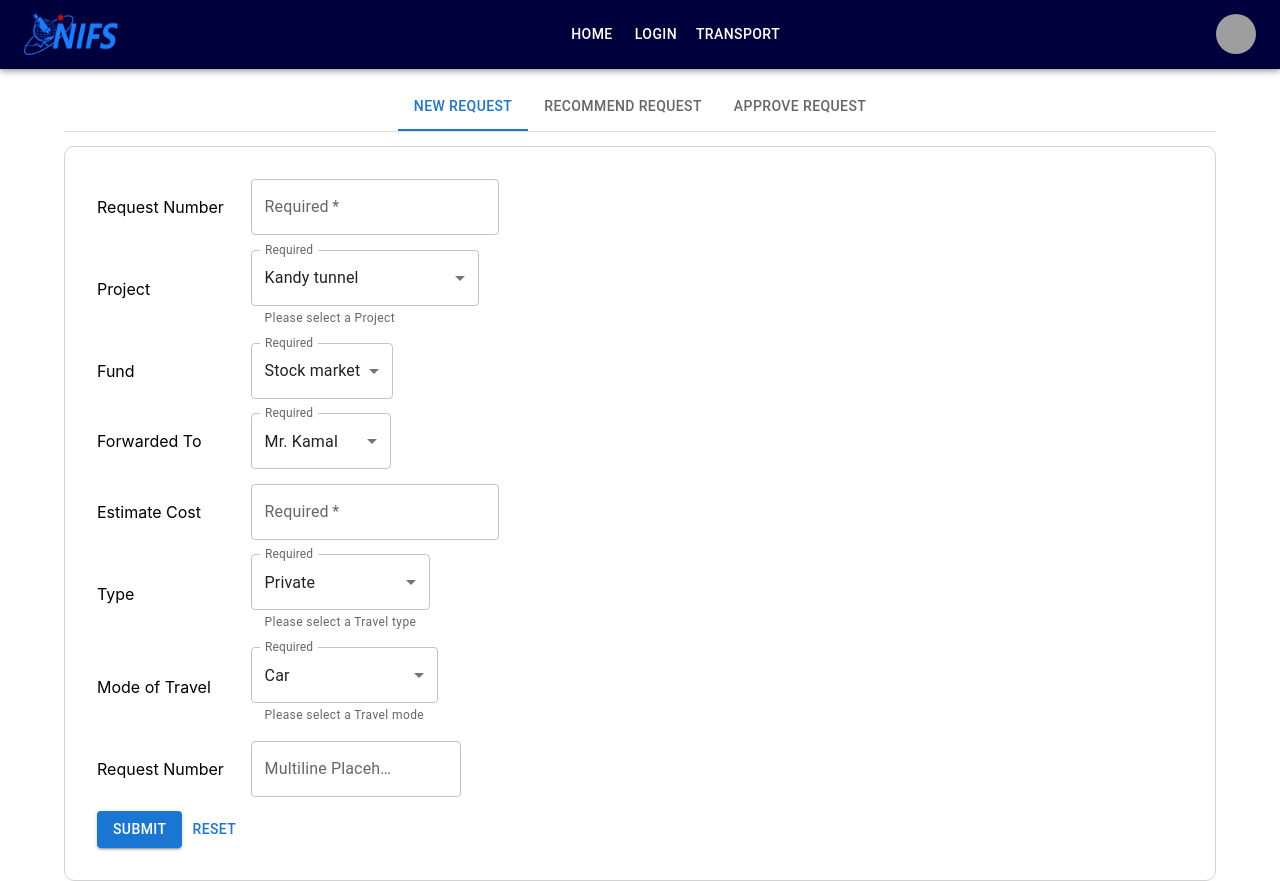
Repository: Ravindu97/NIFS_WebApplication
Page: /transport (app in client/)
The author's editor kept a copy of each file at every save. The page is drawn from the files as they stood at one save, then again after the next save.
The browser window is 1280 px wide. The pictures show the whole page.
Pictures or frames that could not be fetched are drawn as grey boxes. The project was rebuilt for these pictures with package versions that can differ from the ones it lists, and the page was loaded fresh each time. Also part of the build but not shown: client/src/pages/Home.js, client/src/pages/Login.js, client/src/components/Transport/RecommendedRequest.js, client/src/components/Transport/ApproveRequest.js.

Above is the page before, as saved 2022-07-01 00:15:55.

### client/src/index.css
body {
  margin: 0;
  font-family: -apple-system, BlinkMacSystemFont, 'Segoe UI', 'Roboto', 'Oxygen',
    'Ubuntu', 'Cantarell', 'Fira Sans', 'Droid Sans', 'Helvetica Neue',
    sans-serif;
  -webkit-font-smoothing: antialiased;
  -moz-osx-font-smoothing: grayscale;
}

:root{
  --main-navbar-back: #00003c;

}


.nav-logo{
  width: 100px;
  height: auto;
}

/* main navbar */
.main-navbar{
  background-color: var(--main-navbar-back) !important;
}

/* secondary navbar */
.secondary-navbar{
  margin-top: 2vh !important;
  margin: auto;
}

/* body content */
.body-content{
  margin: auto;
  width: 90%;
  margin-top: 2vh;
}

/* form area */

.form-area{
  border: 1px solid #d2d2d2;
  border-radius: 10px;
  padding: 2rem;
}

/* input fields */
.input-fields{
  display: flex;
  align-items: center;
  margin-bottom: 2vh;
}

.input-fields label{
  margin-right: 2vw;
  width: 10vw;
}

### client/src/App.js
import * as React from 'react';
import { BrowserRouter as Router, Route, Routes } from 'react-router-dom';
import Navbar from './components/shared/Navbar';
import Home from './pages/Home';
import Login from './pages/Login';
import TransportMainPage from './pages/TransportMainPage';

function App() {
	return (
		<div>
			<Router>
				<Navbar />
				<Routes>
					<Route exact path="/" element={<Home />} />
					<Route exact path="/login" element={<Login />} />
					<Route exact path="/transport/*" element={<TransportMainPage />} />
				</Routes>
			</Router>
		</div>
	);
}

export default App;

### client/src/components/shared/Navbar.js
import * as React from 'react';
import AppBar from '@mui/material/AppBar';
import Box from '@mui/material/Box';
import Toolbar from '@mui/material/Toolbar';
import IconButton from '@mui/material/IconButton';
import Typography from '@mui/material/Typography';
import Menu from '@mui/material/Menu';
import MenuIcon from '@mui/icons-material/Menu';
import Container from '@mui/material/Container';
import Avatar from '@mui/material/Avatar';
import Button from '@mui/material/Button';
import Tooltip from '@mui/material/Tooltip';
import MenuItem from '@mui/material/MenuItem';
import { Link } from 'react-router-dom';
import Logo from '../../images/nifs_logo.png';

const Navbar = () => {
	const pages = [
		{
			id: 0,
			title: 'Home',
			link: '/',
		},
		{
			id: 1,
			title: 'Login',
			link: '/login',
		},
		{
			id: 2,
			title: 'Transport',
			link: '/transport',
		},
	];

	const settings = [
		{
			id: 0,
			title: 'Home',
			link: '/',
		},
		{
			id: 1,
			title: 'Login',
			link: '/login',
		},
		{
			id: 2,
			title: 'Transport',
			link: '/transport',
		},
	];

	const [anchorElNav, setAnchorElNav] = React.useState(null);
	const [anchorElUser, setAnchorElUser] = React.useState(null);

	const handleOpenNavMenu = (event) => {
		setAnchorElNav(event.currentTarget);
	};
	const handleOpenUserMenu = (event) => {
		setAnchorElUser(event.currentTarget);
	};

	const handleCloseNavMenu = () => {
		setAnchorElNav(null);
	};

	const handleCloseUserMenu = () => {
		setAnchorElUser(null);
	};

	return (
		<AppBar position="static" className="main-navbar">
			<Container maxWidth="xl">
				<Toolbar disableGutters>
					{/*Responsive view start here  */}
					<Box sx={{ display: { xs: 'none', md: 'flex' }, mr: 1 }}>
						<img src={Logo} alt="logo" className="nav-logo" />
					</Box>

					<Box sx={{ flexGrow: 1, display: { xs: 'flex', md: 'none' } }}>
						<IconButton
							size="large"
							aria-label="account of current user"
							aria-controls="menu-appbar"
							aria-haspopup="true"
							onClick={handleOpenNavMenu}
							color="inherit"
						>
							<MenuIcon />
						</IconButton>
						<Menu
							id="menu-appbar"
							anchorEl={anchorElNav}
							anchorOrigin={{
								vertical: 'bottom',
								horizontal: 'left',
							}}
							keepMounted
							transformOrigin={{
								vertical: 'top',
								horizontal: 'left',
							}}
							open={Boolean(anchorElNav)}
							onClose={handleCloseNavMenu}
							sx={{
								display: { xs: 'block', md: 'none' },
							}}
						>
							{pages &&
								pages.map((page) => (
									<MenuItem key={page.id} onClick={handleCloseNavMenu}>
										<Link to={page.link} style={{ textDecoration: 'none' }}>
											<Typography textAlign="center">{page.title}</Typography>
										</Link>
									</MenuItem>
								))}
						</Menu>
					</Box>
					{/* Responsive view ends here */}

					{/* Full width starts here */}
					<Box
						sx={{
							mr: 2,
							display: { xs: 'flex', md: 'none' },
							flexGrow: 1,
						}}
					>
						<img src={Logo} alt="logo" className="nav-logo" />
					</Box>

					<Box
						sx={{ flexGrow: 1, display: { xs: 'none', md: 'flex' } }}
						style={{ justifyContent: 'center' }}
					>
						{pages &&
							pages.map((page) => (
								<Link to={page.link} style={{ textDecoration: 'none' }}>
									<Button
										key={page.id}
										onClick={handleCloseNavMenu}
										sx={{ my: 2, color: 'white', display: 'block' }}
									>
										{page.title}
									</Button>
								</Link>
							))}
					</Box>

					{/* end of the navbar */}
					<Box sx={{ flexGrow: 0 }}>
						<Tooltip title="Open settings">
							<IconButton onClick={handleOpenUserMenu} sx={{ p: 0 }}>
								<Avatar
									alt="Remy Sharp"
									src="https://images.unsplash.com/photo-1566753323558-f4e0952af115?ixlib=rb-1.2.1&ixid=MnwxMjA3fDB8MHxzZWFyY2h8MXx8bWFsZXxlbnwwfHwwfHw%3D&w=1000&q=80"
								/>
							</IconButton>
						</Tooltip>
						<Menu
							sx={{ mt: '45px' }}
							id="menu-appbar"
							anchorEl={anchorElUser}
							anchorOrigin={{
								vertical: 'top',
								horizontal: 'right',
							}}
							keepMounted
							transformOrigin={{
								vertical: 'top',
								horizontal: 'right',
							}}
							open={Boolean(anchorElUser)}
							onClose={handleCloseUserMenu}
						>
							{settings.map((setting) => (
								<MenuItem key={setting.id} onClick={handleCloseUserMenu}>
									<Typography textAlign="center">{setting.title}</Typography>
								</MenuItem>
							))}
						</Menu>
					</Box>
				</Toolbar>
			</Container>
		</AppBar>
	);
};
export default Navbar;

### client/src/pages/TransportMainPage.js
import React from 'react';

import TransportNavbar from '../components/Transport/shared/TransportNavbar';
import { Route, Routes } from 'react-router-dom';
import NewRequest from '../components/Transport/NewRequest';
import RecommendedRequest from '../components/Transport/RecommendedRequest';
import ApproveRequest from '../components/Transport/ApproveRequest';

// transport main page where all other section of transport department can be access from here
function TransportMainPage() {
	return (
		<div>
			<TransportNavbar />
			<div className="body-content">
				<Routes>
					<Route exact path="/" element={<NewRequest />} />
					<Route exact path="/recommend" element={<RecommendedRequest />} />
					<Route exact path="/approve" element={<ApproveRequest />} />
				</Routes>
			</div>
		</div>
	);
}

export default TransportMainPage;

### client/src/components/Transport/shared/TransportNavbar.js
import * as React from 'react';
import Tabs from '@mui/material/Tabs';
import Tab from '@mui/material/Tab';
import Box from '@mui/material/Box';
import { Link, useLocation } from 'react-router-dom';

export default function TransportNavbar() {
	const location = useLocation();

	const pages = [
		{
			id: 0,
			title: 'New Request',
			link: '/transport',
		},
		{
			id: 1,
			title: 'Recommend Request',
			link: '/transport/recommend',
		},
		{
			id: 2,
			title: 'Approve Request',
			link: '/transport/approve',
		},
	];

	return (
		<Box sx={{ width: '90%' }} className="secondary-navbar">
			<Box sx={{ borderBottom: 1, borderColor: 'divider' }}>
				<Tabs value={location.pathname} centered>
					{pages &&
						pages.map((page) => (
							<Tab
								key={page.id}
								label={page.title}
								value={page.link}
								component={Link}
								to={page.link}
							/>
						))}
				</Tabs>
			</Box>
		</Box>
	);
}

### client/src/components/Transport/NewRequest.js
import { Button, TextField } from '@mui/material';
import React, { useState } from 'react';
import { useForm } from 'react-hook-form';

// import datepicker
import DateFnsUtils from '@date-io/date-fns';
import {
	DatePicker,
	TimePicker,
	DateTimePicker,
	MuiPickersUtilsProvider,
} from '@material-ui/pickers';
// sample data files start here
import Projects from './shared/sampleData/Project.json';
import Funds from './shared/sampleData/Fund.json';
import ForwardedTo from './shared/sampleData/ForwardedTo.json';
// sample data files ends here

function NewRequest() {
	// date set to be stored
	const { register, handleSubmit, reset } = useForm();
	const [selectedDate, handleDateChange] = useState(new Date());
	const [project, setProjects] = useState(Projects);
	const [fund, setFunds] = useState(Funds);
	const [forwardedTo, setForwardedTos] = useState(ForwardedTo);

	const submitDetails = (data) => {
		console.log(data);
	};

	return (
		<div className="form-area">
			<form onSubmit={handleSubmit(submitDetails)}>
				{/* Request number */}
				<div className="input-fields">
					<label>Request Number</label>
					<TextField
						required
						type="text"
						name="reqNo"
						id="outlined-basic"
						label="Required"
						variant="outlined"
						{...register('reqNo', { required: true })}
					/>
				</div>

				{/* Select project */}
				<div className="input-fields">
					<label>Project</label>
					<TextField
						id="outlined-select-project-native"
						select
						label="Required"
						name="project"
						{...register('project', { required: true })}
						SelectProps={{
							native: true,
						}}
						helperText="Please select a Project"
					>
						{project.map((option) => (
							<option key={option.id} value={option.value}>
								{option.value}
							</option>
						))}
					</TextField>
				</div>

				{/* Select Fund */}

				<div className="input-fields">
					<label>Fund</label>
					<TextField
						id="outlined-select-fund-native"
						select
						label="Required"
						name="fund"
						{...register('fund', { required: true })}
						SelectProps={{
							native: true,
						}}
					>
						{fund.map((option) => (
							<option key={option.id} value={option.value}>
								{option.value}
							</option>
						))}
					</TextField>
				</div>

				{/* Select Forward */}

				<div className="input-fields">
					<label>Forwarded To</label>
					<TextField
						id="outlined-select-forward-native"
						select
						label="Required"
						name="forwardTo"
						{...register('forwardTo', { required: true })}
						SelectProps={{
							native: true,
						}}
					>
						{forwardedTo.map((option) => (
							<option key={option.id} value={option.value}>
								{option.value}
							</option>
						))}
					</TextField>
				</div>

				{/* cost */}
				<div className="input-fields">
					<label>Estimate Cost</label>
					<TextField
						required
						type="text"
						name="estimateCost"
						id="outlined-basic"
						label="Required"
						variant="outlined"
						{...register('estimateCost', { required: true })}
					/>
				</div>

				{/* travel type */}
				<div className="input-fields">
					<label>Type</label>
					<TextField
						id="outlined-select-forward-native"
						select
						label="Required"
						name="travelType"
						{...register('travelType', { required: true })}
						SelectProps={{
							native: true,
						}}
						helperText="Please select a Travel type"
					>
						<option value="private">Private</option>
						<option value="official">Official</option>
					</TextField>
				</div>

				{/* Travel mode */}

				<div className="input-fields">
					<label>Mode of Travel</label>
					<TextField
						id="outlined-select-forward-native"
						select
						label="Required"
						name="travelMode"
						{...register('travelMode', { required: true })}
						SelectProps={{
							native: true,
						}}
						helperText="Please select a Travel mode"
					>
						<option value="car">Car</option>
						<option value="van">Van</option>
						<option value="cab">Cab</option>
					</TextField>
				</div>

				{/* purpose */}
				<div className="input-fields">
					<label>Request Number</label>
					<TextField
						id="outlined-textarea"
						label="Multiline Placeholder"
						placeholder="Placeholder"
						multiline
					/>
				</div>
				{/* submit button */}
				<Button type="submit" variant="contained">
					Submit
				</Button>

				{/* reset the form */}
				<Button
					type="button"
					onClick={() => {
						reset({
							reqNo: '',
							project: '',
							fund: '',
							forwardTo: '',
							requestDate: '',
							time: '',
							estimateCost: '',
							travelType: '',
							travelMode: '',
							purpose: '',
							note: '',
							employee: '',
							designation: '',
							date: '',
							division: '',
							HOD: '',
							route: '',
							passengers: '',
						});
					}}
				>
					Reset
				</Button>
			</form>
		</div>
	);
}

export default NewRequest;

### client/src/components/Transport/shared/sampleData/Project.json
[
    {
        "id": 0,
        "value": "Kandy tunnel"
    },
    {
        "id": 1,
        "value": "Moragahakanda project"
    },
    {
        "id": 2,
        "value": "Gin nilwala project"
    },
    {
        "id": 3,
        "value": "Samanala wewa projecct"
    },
    {
        "id": 4,
        "value": "Data visualization"
    }
]

### client/src/components/Transport/shared/sampleData/Fund.json
[
    {
        "id": 0,
        "value": "Stock market"
    },
    {
        "id": 1,
        "value": "BOC bank"
    },
    {
        "id": 2,
        "value": "Savings"
    },
    {
        "id": 3,
        "value": "Ticketing"
    },
    {
        "id": 4,
        "value": "Car wash"
    }
]

### client/src/components/Transport/shared/sampleData/ForwardedTo.json
[
    {
        "id": 0,
        "value": "Mr. Kamal"
    },
    {
        "id": 1,
        "value": "Mr. Sunil"
    },
    {
        "id": 2,
        "value": "Mr. Kusal"
    },
    {
        "id": 3,
        "value": "Mrs. Nayana"
    },
    {
        "id": 4,
        "value": "Miss Rashmi"
    }
]

Loaded but not shown: client/src/index.js (common file); client/src/reportWebVitals.js (common file)

After the next save:
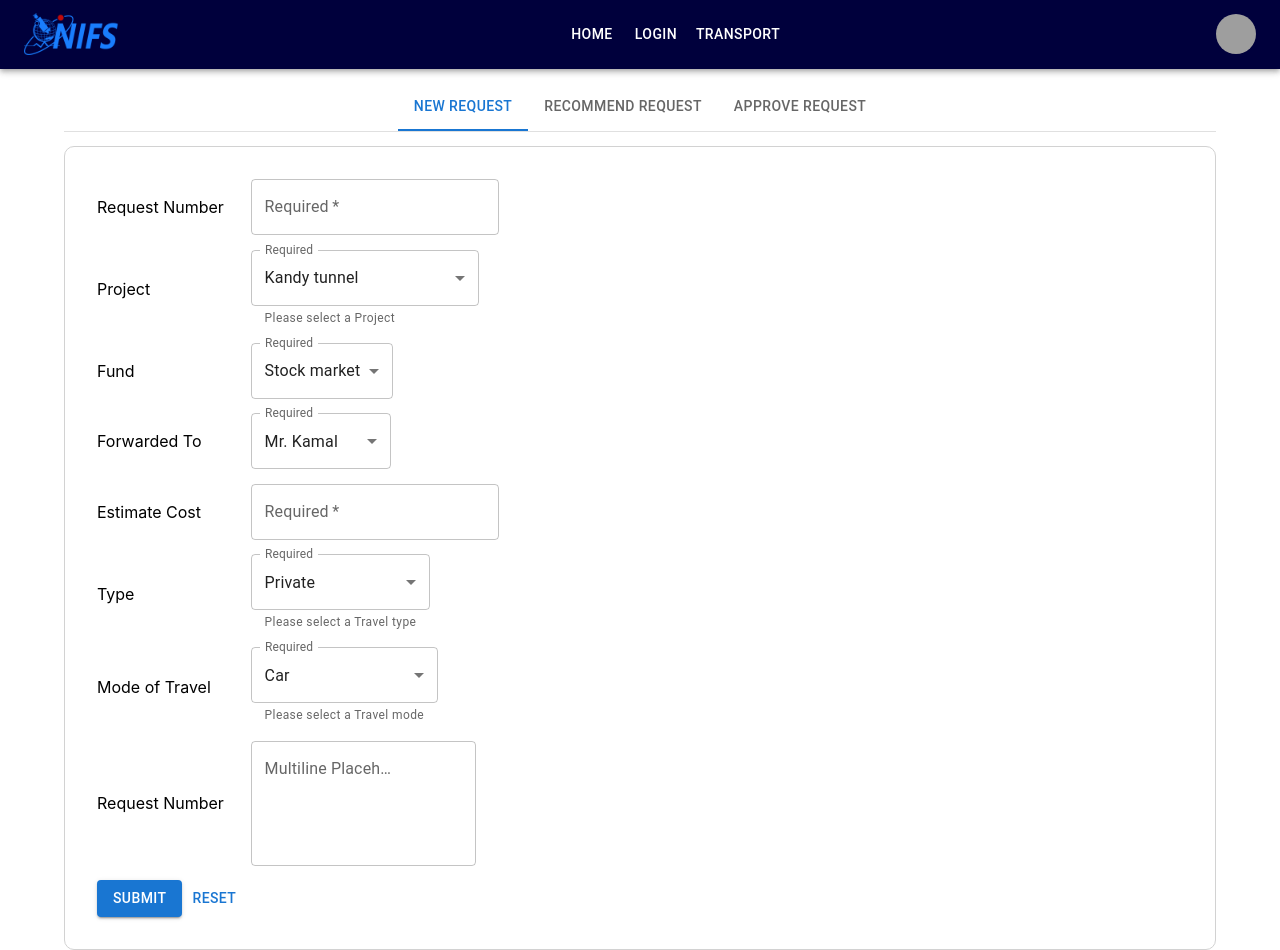
Saved 8 s later.
--- a/client/src/components/Transport/NewRequest.js
+++ b/client/src/components/Transport/NewRequest.js
@@ -172,6 +172,7 @@
 						id="outlined-textarea"
 						label="Multiline Placeholder"
 						placeholder="Placeholder"
+						rows={4}
 						multiline
 					/>
 				</div>

After the save that followed:
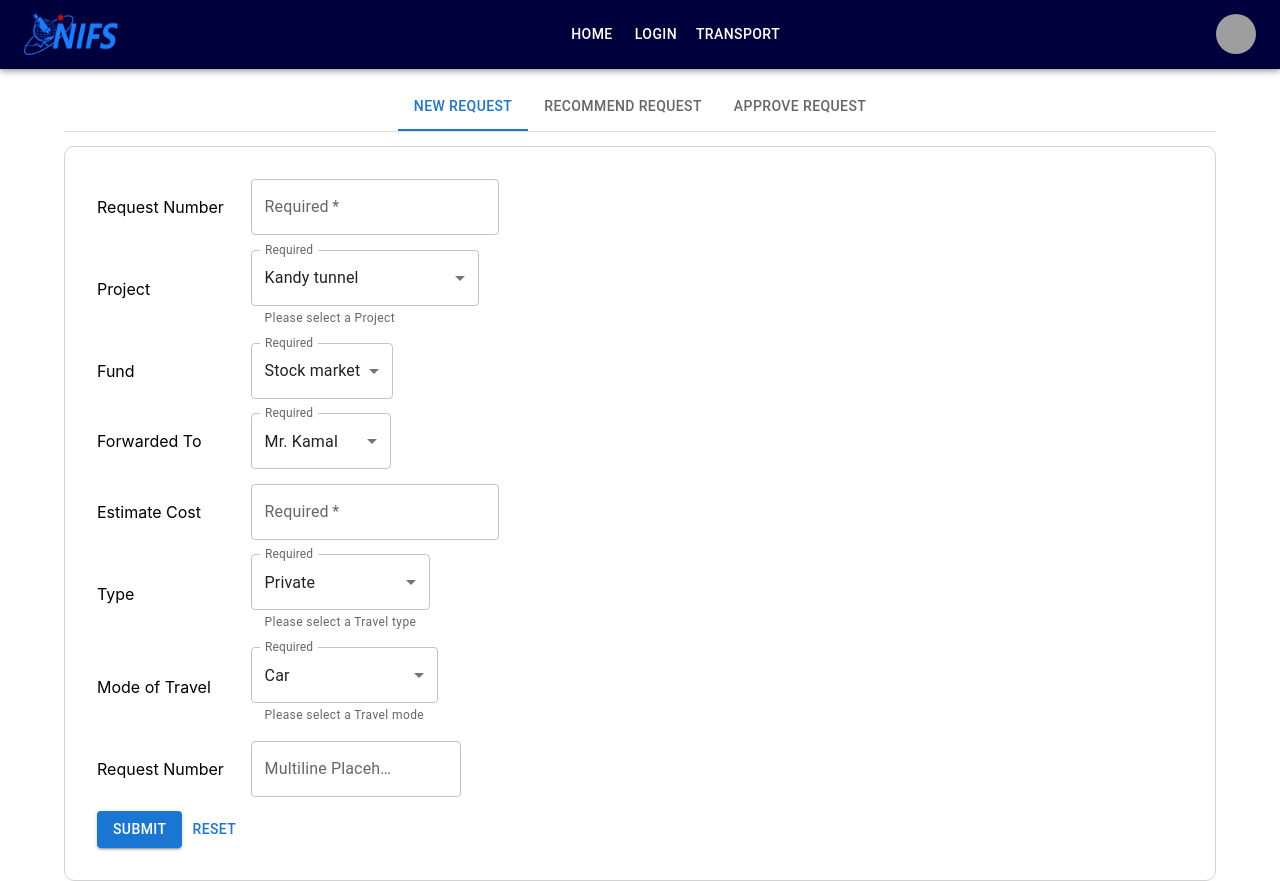
Saved 10 s later.
--- a/client/src/components/Transport/NewRequest.js
+++ b/client/src/components/Transport/NewRequest.js
@@ -172,7 +172,6 @@
 						id="outlined-textarea"
 						label="Multiline Placeholder"
 						placeholder="Placeholder"
-						rows={4}
 						multiline
 					/>
 				</div>
